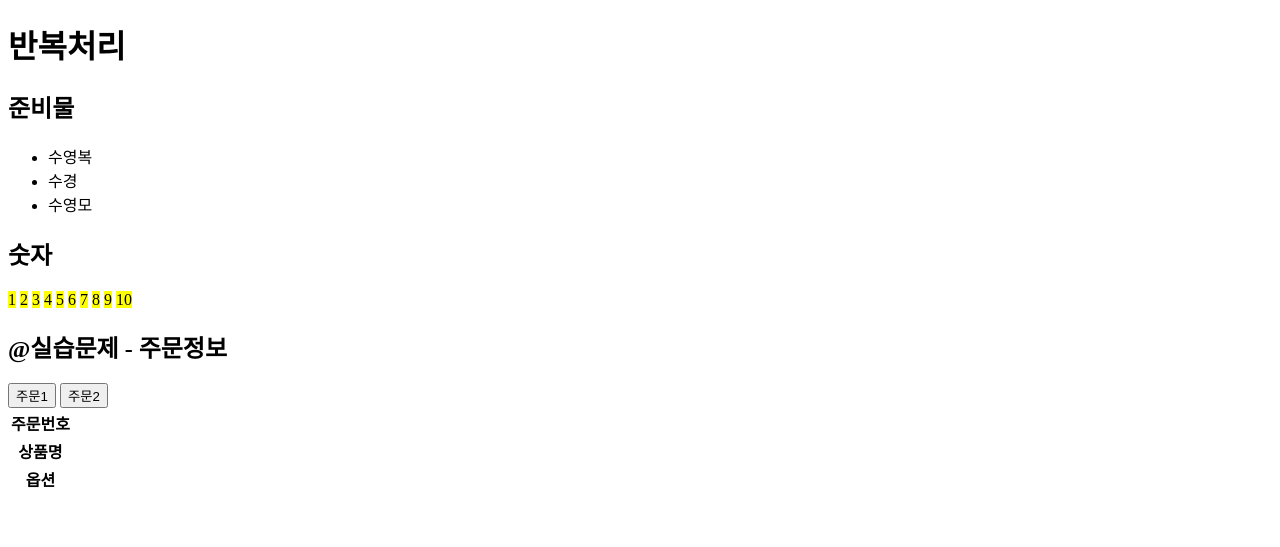
Repository: Sookyeong0505/web_server_workspace
Page: http://localhost/hello-web/jsp/loop.jsp
The author's editor kept a copy of each file at every save. The page is drawn from the files as they stood at one save, then again after the next save.
The browser window is 1280 px wide. The pictures show the whole page.
The page is served by Tomcat 9. Other server files are loaded and not shown.

Above is the page before, as saved 2023-06-20 07:07:35.

### hello-web/src/main/webapp/jsp/loop.jsp
<%@page import="java.util.List"%>
<%@page import="java.util.Arrays"%>
<%@ page language="java" contentType="text/html; charset=UTF-8"
    pageEncoding="UTF-8"%>
<%
	List<String> items = Arrays.asList("수영복", "수경", "수영모");
	int[] nums = {1, 2, 3, 4, 5, 6, 7, 8, 9, 10};
%>
<!DOCTYPE html>
<html>
<head>
<meta charset="UTF-8">
<title>반복처리</title>
</head>
<body>
	<h1>반복처리</h1>

	<h2>준비물</h2>
	<ul>
<%
	for(String item : items) {
%>
	<li><%= item %></li>
<%
	}
%>
	</ul>

	<h2>숫자</h2>
<%
	for(int num : nums){
%>
	<!-- for문 동안 반복된 html 구문 -->
	<mark><%= num %></mark>
<%
	}
%>

	<h2>@실습문제 - 주문정보</h2>
	<%-- 주문내역없이 페이지에 접근하는 경우 테이블이 노출되어서는 안된다. --%>
	<button onclick="location.href='/web/jsp/loop.jsp?no=123&prod=아이패드&option=빨강&option=256GB';">주문1</button>
	<button onclick="location.href='/web/jsp/loop.jsp?no=456&prod=설렁탕&option=다대기많이&option=곱빼기&option=당면사리';">주문2</button>

	<table>
		<tr>
			<th>주문번호</th>
			<td></td>
		</tr>
		<tr>
			<th>상품명</th>
			<td></td>
		</tr>
		<tr>
			<th>옵션</th>
			<td></td>
		</tr>
	</table>



</body>
</html>

After the next save:
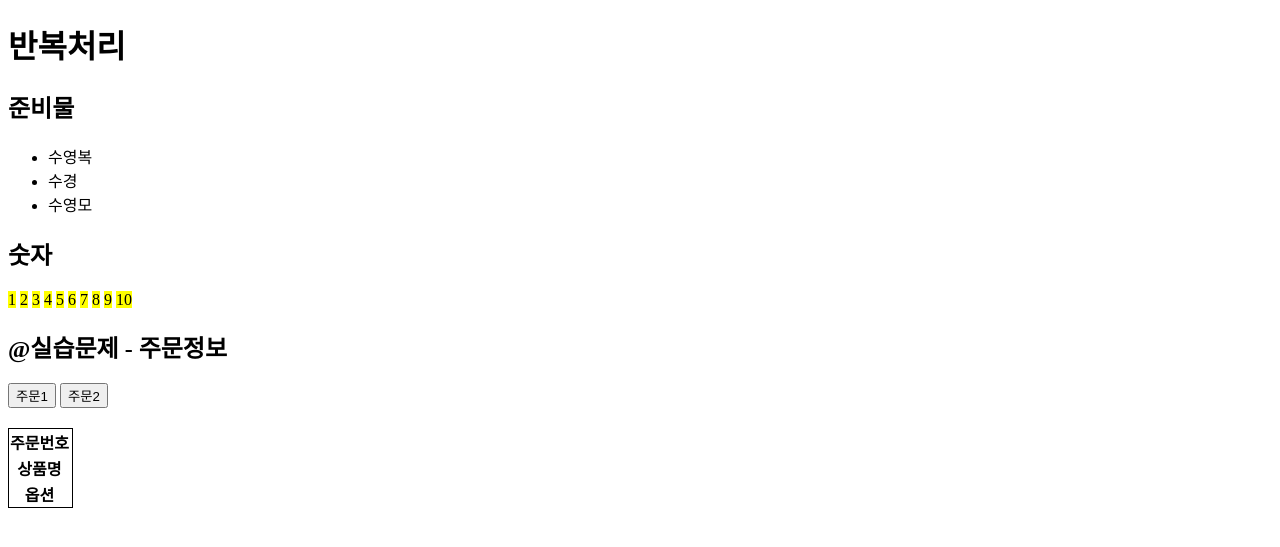
Saved 90 s later.
--- a/hello-web/src/main/webapp/jsp/loop.jsp
+++ b/hello-web/src/main/webapp/jsp/loop.jsp
@@ -11,6 +11,9 @@
 <head>
 <meta charset="UTF-8">
 <title>반복처리</title>
+<style type="text/css">
+	table { border: 1px solid black; border-collapse: collapse; margin: 20px 0; }
+</style>
 </head>
 <body>
 	<h1>반복처리</h1>
